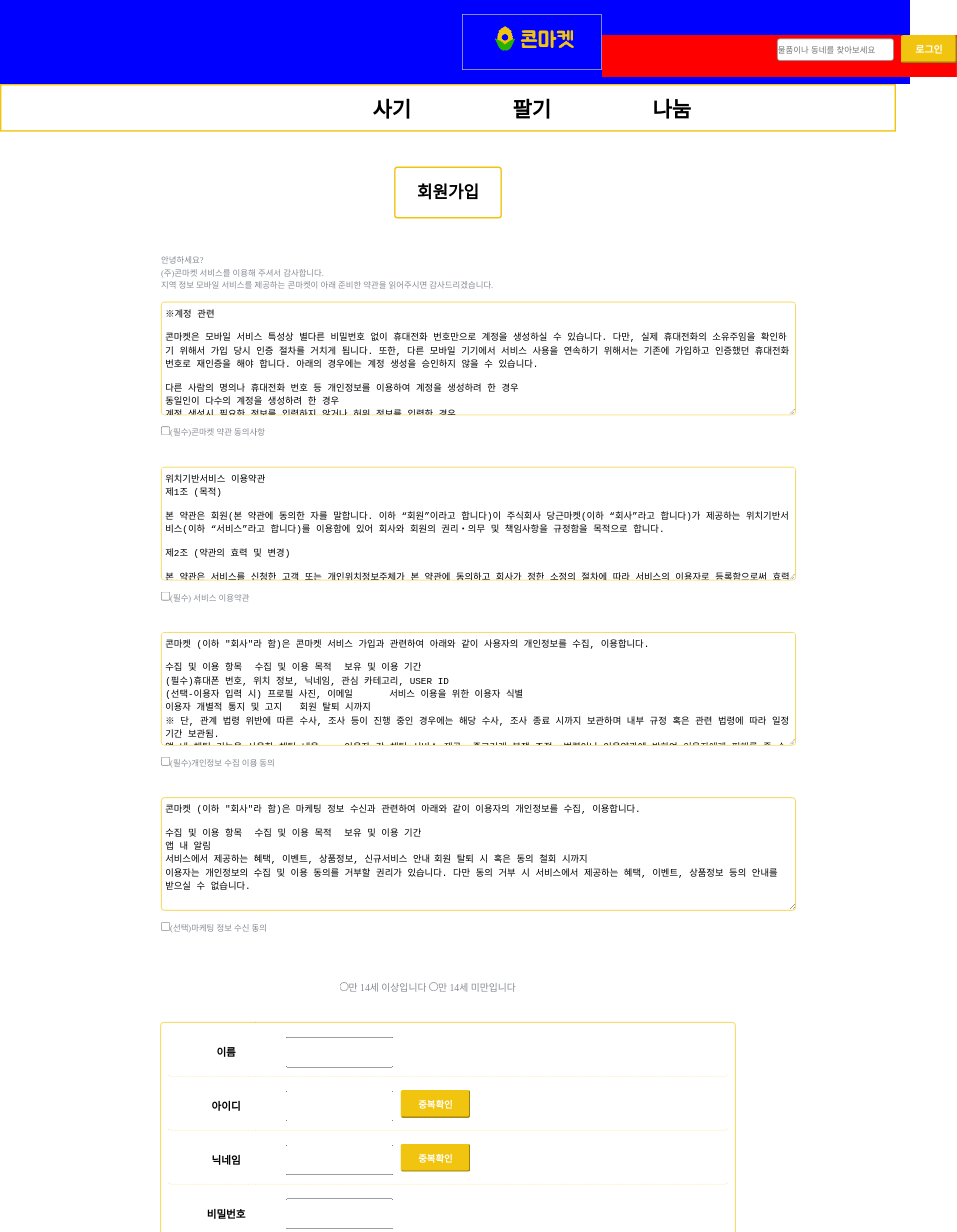
Repository: Corn-Market/Front-end
Page: http://localhost/CornMarket/resources/views/signUp.jsp
These files come from the project's save history. The page is drawn as it stood at one moment and after the next save; the edit follows.
The browser window is 1280 px wide. The page is 1367 px wide, so the pictures cover 1367 px, including what lies to the right of the window. The pictures show the part of the page from y = 0 to 1760 px (the page is 2643 px tall), at 70% of full size.
Some web fonts or font styles are not loaded; a fallback is used. The page is served by Tomcat 9.

Above is the page before, as saved 2022-12-19 03:03:20.

After the next save:
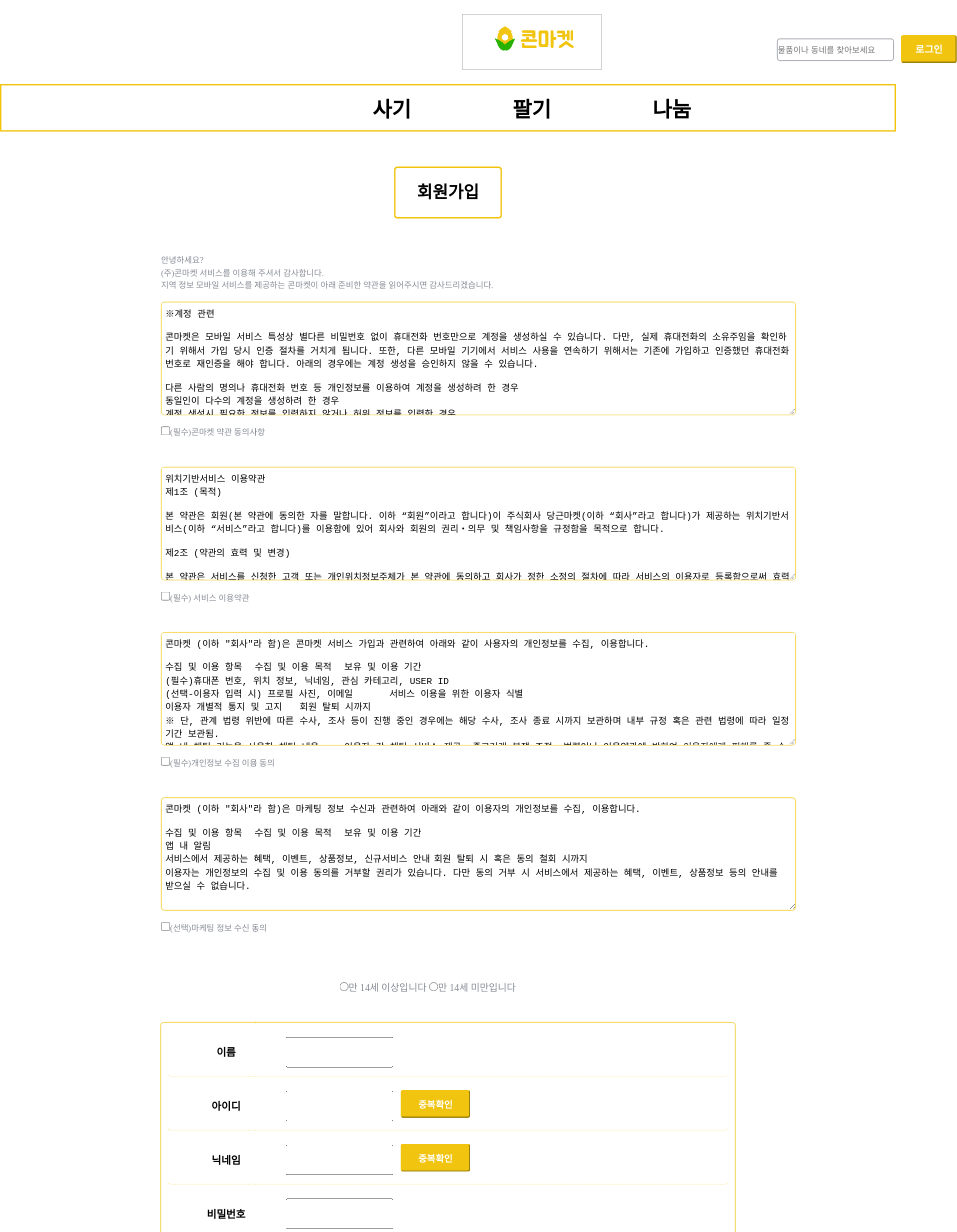
Saved 55 s later.
--- a/CornMarket/src/main/webapp/resources/css/index.css
+++ b/CornMarket/src/main/webapp/resources/css/index.css
@@ -9,7 +9,6 @@ header{
     margin:0px auto;
     padding:10px;
     display:flex;
-    background-color: blue;
 }
 
 .header_logo{
@@ -47,7 +46,6 @@ header img{
 .header_search{
     display:flex;
     margin-top: 40px;
-    background-color:red;
 }
 
 header input{
